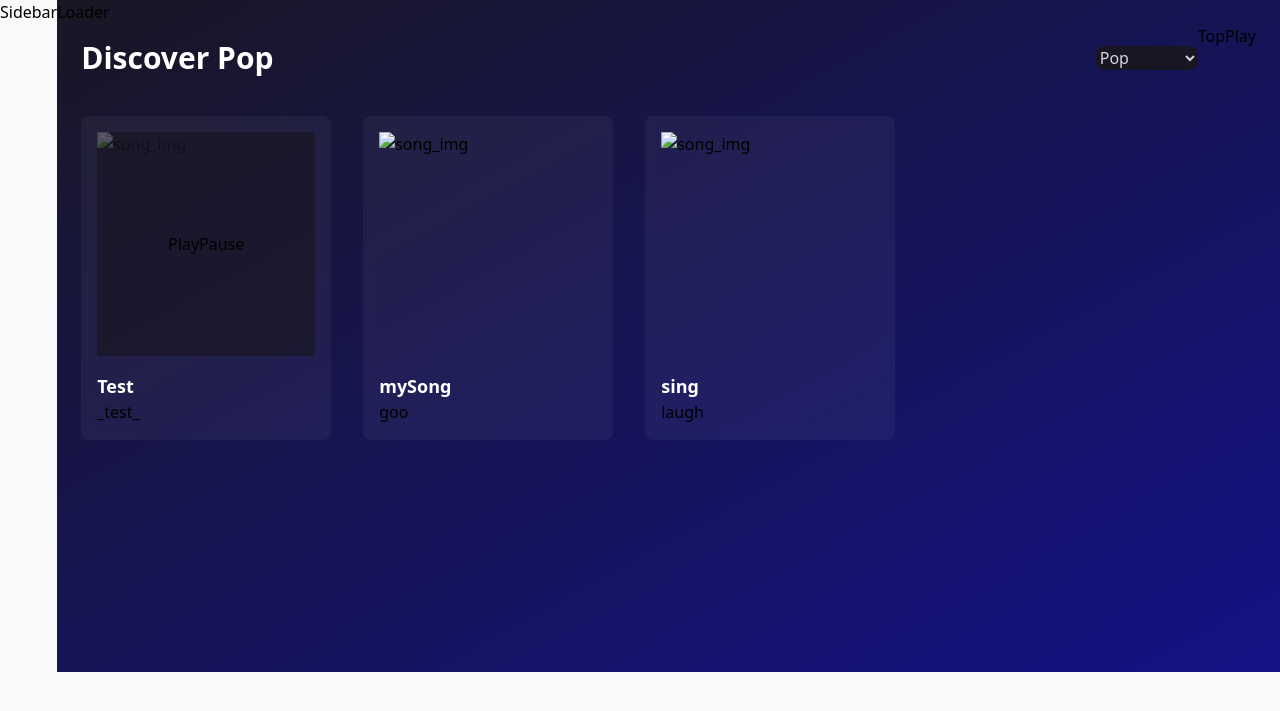
Repository: Chris24T/Dotify
Page: /
The author's editor kept a copy of each file at every save. The page is drawn from the files as they stood at one save, then again after the next save.
The browser window is 1280 px wide. The pictures show the whole page.
The project was rebuilt for these pictures with package versions that can differ from the ones it lists, and the page was loaded fresh each time. Also part of the build but not shown: vite.config.js, src/components/ArtistCard.jsx, src/components/DetailsHeader.jsx, src/components/SongBar.jsx, src/components/RelatedSongs.jsx, src/components/MusicPlayer/Controls.jsx, src/components/MusicPlayer/Player.jsx, src/components/MusicPlayer/Seekbar.jsx and 12 more.

Above is the page before, as saved 2022-12-03 22:09:47.

### src/redux/store.js
import { configureStore } from '@reduxjs/toolkit';

import { shazamCoreApi } from './services/shazamCore';
import playerReducer from './features/playerSlice';

export const store = configureStore({
  reducer: {
    player: playerReducer,
    [shazamCoreApi.reducerPath]: shazamCoreApi.reducer,
  },
  middleware: (getDefaultMiddleware) =>
    getDefaultMiddleware().concat(shazamCoreApi.middleware),
});

### src/redux/services/shazamCore.js
import { createApi, fetchBaseQuery } from '@reduxjs/toolkit/query/react';

const baseHeaders = {
  'X-RapidAPI-Key': 'aa86041609msh651730729ed9b3dp1da6e2jsn7ec97b06be13',
  'X-RapidAPI-Host': 'shazam-core.p.rapidapi.com',
};

export const shazamCoreApi = createApi({
  reducerPath: 'shazamCoreApi',
  baseQuery: fetchBaseQuery({
    baseUrl: 'https://shazam-core.p.rapidapi.com/v1',
    prepareHeaders: (headers) => {
      headers.set({ baseHeaders });
      return headers;
    },
  }),
  endpoints: (builder) => ({
    getTopCharts: builder.query({ query: (genre) => '/charts/world' }),
  }),
});
// redux toolkit auto generates a hook
export const { useGetTopChartsQuery } = shazamCoreApi;

### src/redux/features/playerSlice.js
import { createSlice } from '@reduxjs/toolkit';

const initialState = {
  currentSongs: [],
  currentIndex: 0,
  isActive: false,
  isPlaying: false,
  activeSong: {},
  genreListId: '',
};

const playerSlice = createSlice({
  name: 'player',
  initialState,
  reducers: {
    setActiveSong: (state, action) => {
      state.activeSong = action.payload.song;

      if (action.payload?.data?.tracks?.hits) {
        state.currentSongs = action.payload.data.tracks.hits;
      } else if (action.payload?.data?.properties) {
        state.currentSongs = action.payload?.data?.tracks;
      } else {
        state.currentSongs = action.payload.data;
      }

      state.currentIndex = action.payload.i;
      state.isActive = true;
    },

    nextSong: (state, action) => {
      if (state.currentSongs[action.payload]?.track) {
        state.activeSong = state.currentSongs[action.payload]?.track;
      } else {
        state.activeSong = state.currentSongs[action.payload];
      }

      state.currentIndex = action.payload;
      state.isActive = true;
    },

    prevSong: (state, action) => {
      if (state.currentSongs[action.payload]?.track) {
        state.activeSong = state.currentSongs[action.payload]?.track;
      } else {
        state.activeSong = state.currentSongs[action.payload];
      }

      state.currentIndex = action.payload;
      state.isActive = true;
    },

    playPause: (state, action) => {
      state.isPlaying = action.payload;
    },

    selectGenreListId: (state, action) => {
      state.genreListId = action.payload;
    },
  },
});

export const { setActiveSong, nextSong, prevSong, playPause, selectGenreListId } = playerSlice.actions;

export default playerSlice.reducer;

### src/components/SongCard.jsx
import { Link } from 'react-router-dom';
import { useDispatch } from 'react-redux';

import PlayPause from './PlayPause';
import { playPause, setActiveSong } from '../redux/features/playerSlice';

const SongCard = ({ song, i }) => {
  const activeSong = { title: 'Test' };

  return (
    <div
      className="flex flex-col w-[250px] p-4 bg-white/5 bg-opacity-80
     backdrop-blur-sm animate-slideup rounded-lg cursor-pointer"
    >
      <div className="relative w-full h-56 group">
        <div
          className={`absolute inset-0 justify-center items-center
          bg-black bg-opacity-50 group-hover:flex ${
            activeSong?.title === song.title
              ? 'flex bg-black bg-opacity-70'
              : 'hidden'
          }`}
        >
          <PlayPause />
        </div>
        <img alt="song_img" src={song.image?.coverart} />
      </div>
      <div className="mt-4 flex flex-col">
        <p className="font-semibold text-lg text-white truncate">
          <Link>{song.title}</Link>
        </p>
        <p>
          <Link>{song.subtitle}</Link>
        </p>
      </div>
    </div>
  );
};

export default SongCard;

### src/pages/Discover.jsx
import { Error, Loader, SongCard } from '../components';
import { genres } from '../assets/constants';

import { useGetTopChartsQuery } from '../redux/services/shazamCore';

const Discover = () => {
  // const { data, isFetching, error } = useGetTopChartsQuery();
  const data = [
    { title: 'Test', subtitle: '_test_' },
    { title: 'mySong', subtitle: 'goo' },
    { title: 'sing', subtitle: 'laugh' },
  ];
  const isFetching = false;
  const genreTitle = 'Pop';

  if (isFetching) return <Loader title="Loading Songs..." />;
  // if (error) return <Error />;

  return (
    <div className="flex flex-col">
      <div className="w-full flex justify-between items-center sm:flex-row flex-col mt-4 mb-10">
        <h2 className="font-bold text-3xl text-white text-left">
          Discover {genreTitle}
        </h2>
        <select
          onChange={() => {}}
          value=""
          className="bg-black rounded-lg outline-none text-gray-300 sm:mt-0 mt-5"
        >
          {genres.map((genre) => (
            <option key={genre.value} value={genre.value}>
              {genre.title}
            </option>
          ))}
        </select>
      </div>
      <div className="flex flex-wrap sm:justify-start justify-center gap-8">
        {data.map((song, i) => {
          return <SongCard key={song.key} song={song} i={i}></SongCard>;
        })}
      </div>
    </div>
  );
};

export default Discover;

### src/components/PlayPause.jsx
const PlayPause = () => <div>PlayPause</div>;

export default PlayPause;

### src/assets/constants.js
import { HiOutlineHashtag, HiOutlineHome, HiOutlinePhotograph, HiOutlineUserGroup } from 'react-icons/hi';

export const genres = [
  { title: 'Pop', value: 'POP' },
  { title: 'Hip-Hop', value: 'HIP_HOP_RAP' },
  { title: 'Dance', value: 'DANCE' },
  { title: 'Electronic', value: 'ELECTRONIC' },
  { title: 'Soul', value: 'SOUL_RNB' },
  { title: 'Alternative', value: 'ALTERNATIVE' },
  { title: 'Rock', value: 'ROCK' },
  { title: 'Latin', value: 'LATIN' },
  { title: 'Film', value: 'FILM_TV' },
  { title: 'Country', value: 'COUNTRY' },
  { title: 'Worldwide', value: 'WORLDWIDE' },
  { title: 'Reggae', value: 'REGGAE_DANCE_HALL' },
  { title: 'House', value: 'HOUSE' },
  { title: 'K-Pop', value: 'K_POP' },
];

export const links = [
  { name: 'Discover', to: '/', icon: HiOutlineHome },
  { name: 'Around You', to: '/around-you', icon: HiOutlinePhotograph },
  { name: 'Top Artists', to: '/top-artists', icon: HiOutlineUserGroup },
  { name: 'Top Charts', to: '/top-charts', icon: HiOutlineHashtag },
];

Loaded but not shown: index.html (common file); src/index.jsx (common file); src/index.css (common file); src/App.jsx (common file); src/components/index.js (common file); src/pages/index.js (common file); src/components/Sidebar.jsx (common file); src/components/Searchbar.jsx (common file); src/components/TopPlay.jsx (common file); tailwind.config.js (common file)

After the next save:
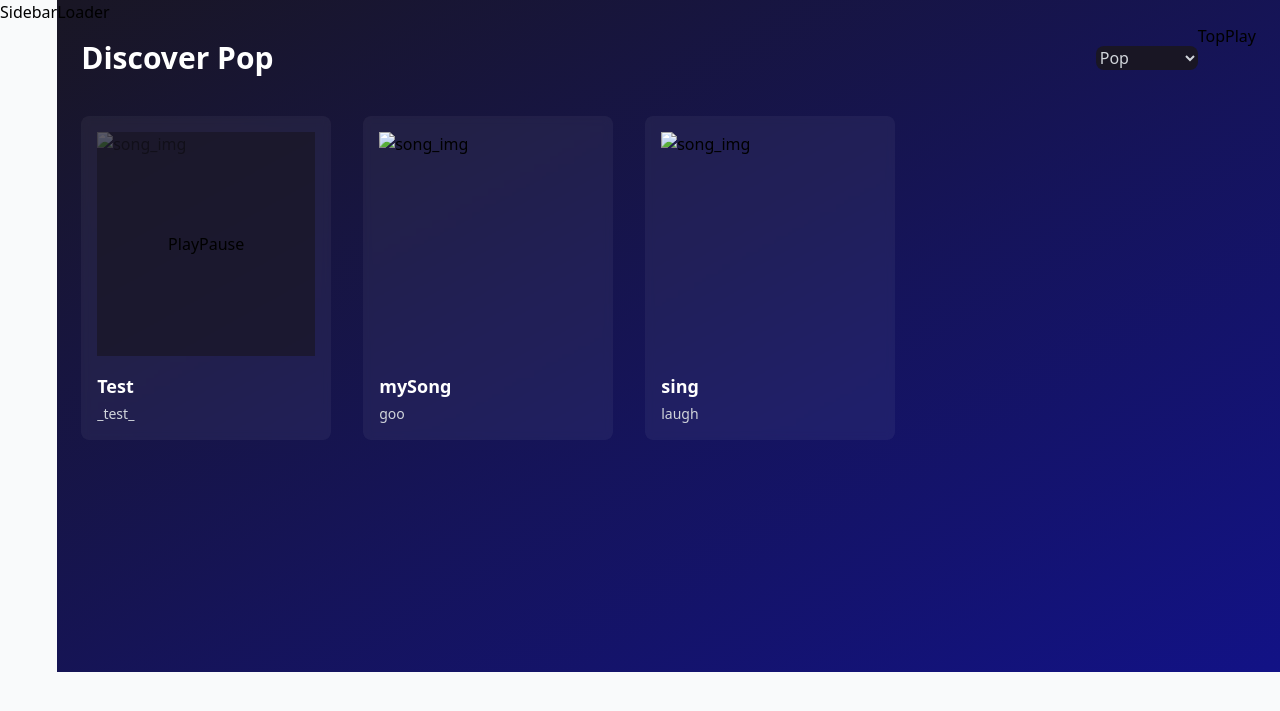
Saved 51 s later.
--- a/src/components/SongCard.jsx
+++ b/src/components/SongCard.jsx
@@ -27,9 +27,9 @@ const SongCard = ({ song, i }) => {
       </div>
       <div className="mt-4 flex flex-col">
         <p className="font-semibold text-lg text-white truncate">
-          <Link>{song.title}</Link>
+          <Link to={`/songs/$song?.key`}>{song.title}</Link>
         </p>
-        <p>
+        <p className="text-sm truncate text-gray-300 mt-1">
           <Link>{song.subtitle}</Link>
         </p>
       </div>
